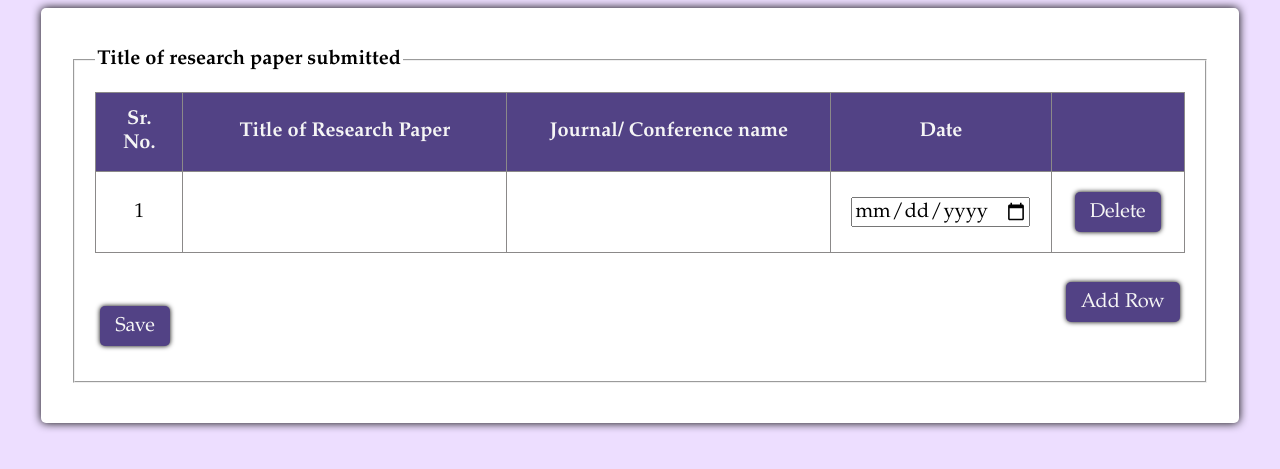
Repository: AdarshK062/BasicServlet
Page: http://localhost/Project1/add2.jsp
These files come from the project's save history. The page is drawn as it stood at one moment and after the next save; the edit follows.
The browser window is 1280 px wide. The pictures show the whole page.
The page is served by Tomcat 9. Other server files are loaded and not shown.

Above is the page before, as saved 2021-06-09 16:49:19.

### Project1/WebContent/add2.jsp
<%@ page language="java" contentType="text/html; charset=ISO-8859-1" pageEncoding="ISO-8859-1"%>
<!DOCTYPE html>
<html>
<head>
<meta charset="ISO-8859-1">
<title>Add Research papers</title>
<link rel="stylesheet" href="./downloadedStyles/css/style.css">
</head>
<body>
<%@ page import="BasicServlet.*" %>
<%
    HttpSession s= request.getSession(true);
    Employee emp=(Employee) s.getAttribute("emp");
    String start=(String) s.getAttribute("start");
    String end=(String) s.getAttribute("end");
    s.setAttribute("add",1);
%>

<script>
	function addRow(tableID) {
		var start=document.getElementById("start").value;
		var end=document.getElementById("end").value;

        var table = document.getElementById(tableID);
        var rowCount = table.rows.length;
        var row = table.insertRow(rowCount);

        var cell0 = row.insertCell(0);
        var cell1 = row.insertCell(1);
        var cell2 = row.insertCell(2);
        var cell3 = row.insertCell(3);
        var cell4 = row.insertCell(4);
        cell0.innerHTML = rowCount;

        var element1 = document.createElement("input");
        element1.type = "text";
        element1.setAttribute('value', '');
        element1.setAttribute('name', 'title'+rowCount);
        cell1.appendChild(element1);

        var element2 = document.createElement("input");
        element2.type = "text";
        element2.setAttribute('name', 'jour'+rowCount);
        cell2.appendChild(element2);

        var element3 = document.createElement("input");
        element3.type = "date";
        element3.setAttribute('value', '');
        element3.setAttribute('name', 'date'+rowCount);
        element3.setAttribute('min',start);
        element3.setAttribute('max',end);
        cell3.appendChild(element3);

        var element4 = document.createElement("input");
        element4.type = "button";
        element4.name = "button"+rowCount;
        element4.setAttribute('value', 'Delete');
        element4.onclick = function () { removeRow("button"+rowCount); }
        cell4.appendChild(element4);
    }
    function removeRow(btnName) {
        try {
            var table = document.getElementById('dataTable');
            var rowCount = table.rows.length;
            for(var i = 1; i < rowCount; i++){
                var row = table.rows[i];
                var rowObj = row.cells[4].childNodes[0];
                if (rowObj.name == btnName) {
                    table.deleteRow(i);
                    for(var j=i;j<rowCount-1;j++){
              			table.rows[j].cells[0].innerHTML=j;
              		}
                    break;
                }
            }
        }
        catch (e) {
            alert(e);
        }
    }
</script>


<div class="card" style="margin: auto; width:90%;height: auto; overflow:auto;">
    <fieldset style="height: 100%; overflow-y: auto;padding: 20px;">
        <legend>Title of research paper submitted</legend>
        <div style="margin-bottom: 10px;">
            <input type="hidden" value=<%=start %> id="start"/>
            <input type="hidden" value=<%=end %> id="end"/>
            <form action="home.jsp" method="post">
                <table class="tab" style="width:100%;">
                    <thead>
                        <tr>
                            <th width="8%">Sr. No.</th>
                            <th>Title of Research Paper</th>
                            <th>Journal/ Conference name</th>
                            <th>Date</th>
                            <th></th>
                        </tr>
                    </thead>
                    <tbody style="overflow-y: auto;max-height: 150px;" id="dataTable" >
                        <tr>
                        <td>1</td>
                        <td><input type="text" required value="" name="title1"></td>
                        <td><input type="text" required value="" name="jour1"></td>
                        <td><input type="date" required value="" min=<%=start %> max=<%=end %> name="date1"></td>
                        <td><input type="button" class="del" name="button1" value="Delete"
                                onclick="removeRow('button1')"></td>
                                </tr>
                    </tbody>
                </table>
                <br>
                <input type="button" id="add" value="Add Row" style="float:right;" onclick="addRow('dataTable')" />
                <br>
                <input type="hidden" value="add2" name="add2" />
                <input type="submit" value="Save" />
            </form>
        </div>
    </fieldset>
</div>

</body>
</html>

### Project1/WebContent/style.css
*{
	font-family: garamond,didot,perpetua,candara;
	font-size:20px;
}
body{
    background: #eddeff;
}
legend{
    font-weight: bold;
}
ul {
    list-style: none;
}

ul li::before {
    content: "\2022";
    color: red;
    font-weight: bold;
    display: inline-block;
    width: 1em;
    margin-left: -1em;
    font-size: 25px;
}

li button {
    background: none;
    color: inherit;
    border: none;
    padding: 0;
    cursor:pointer;
    outline: inherit;
    margin-bottom: 2%;
    text-align: left;
    margin-left: 0.5px;
}
li button:hover {
    background-color: #f5f5f5;
  }
#logout{
    position:absolute;
    top: 3%;
    right: 3%;
}
fieldset{
  height: 100%;
  overflow-y: auto;
  padding: 20px;
}
input[type=submit]{
    background-color: #524285;/*#555555*/
    border-radius: 5px;
    height:40px;
    border:none;
    color:whitesmoke;
    box-shadow: 0 0 5px 0 #000;
    padding-left: 15px;
    padding-right: 15px;
    margin: 5px;
}
input[type=button]:hover {
    font-weight: bold;
    background-color: white;
    color: black;
    border: 4px solid #524285;/*#555555*/;
    box-shadow: none;
}
input[type=submit]:hover {
    font-weight: bold;
    background-color: white;
    color: black;
    border: 4px solid #524285;/*#555555*/;
    box-shadow: none;
}
#logout input[type=submit]:hover {
    font-weight: bold;
    background-color: #eddeff;
    color: black;
    border: 4px solid #524285;/*#555555*/;
    box-shadow: none;
}
input[type=button]{
    background-color: #524285;/*#555555*/;
    border-radius: 5px;
    height:40px;
    border:none;
    color:whitesmoke;
    box-shadow: 0 0 5px 0 #000;
    padding-left: 15px;
    padding-right: 15px;
    margin: 5px;
}
input[type=text]{
    border:none;
    width:90%;
    height: 100%;
    margin:auto;
    outline: none;
}
input[type=text]:focus {
    border: none;
    outline: none;
}
.card {
    background-color: white;
    height: auto;
    padding: 40px 30px;
    box-shadow: 0 0 10px 0 #000;
    border-radius: 5px;
    margin: 15px 15px;
    overflow:auto;
}
.tab{
    border: 0.5px solid rgb(139, 137, 137);
    max-height: 250px;
    width: 100%;
    overflow-y: auto;
    overflow-x: hidden;
    border-radius: 10px;
}
.noData{
    border: 0.5px solid rgb(139, 137, 137);
    padding: 15px;
    display: none;
}
table, th, td {
    border: 0.5px solid rgb(139, 137, 137);
    border-collapse: collapse;
    align-items: center;
    text-align: center;
    /*height: 60px;/*150px*/
    padding: 15px;
}

table thead tr {
    height: 60px;/*150px*/
    background: #524285;/*#36304a*/
    color: whitesmoke;
}
tbody{
    overflow-y: auto;
    max-height: 150px;
}
tbody tr:nth-child(even) {
    background-color: #f5f5f5;
}
tbody tr:nth-child(even) input[type="text"]{
    background-color: #f5f5f5;
}
tbody tr:nth-child(even) input[type="date"]{
    background-color: #f5f5f5;
}
tr:nth-child(even) textarea{
    background-color: #f5f5f5;
}
.boxed {
    color: black;
    border: 1px solid black;
    margin: 0px auto;
    width: 15%;
    height: 100px;
    padding: 10px;
    border-radius: 5px;
    display: flex;
    justify-content: center;
    align-items: center;
    cursor: pointer;
}
textarea {
    width: 100%;
    height: 150px;
    padding: 12px 20px;
    box-sizing: border-box;
    border: none; /*2px solid #f8f8f8;*/
    border-radius: 4px;
    background-color: white;
    resize: none;
}
textarea:focus {
  border: none;
  outline: none;
}/*
.div-table-row input[type=submit]{
    background-color: #555555;
    border-radius: 5px;
    height:30px;
    border:none;
    color:whitesmoke;
    box-shadow: 0 0 5px 0 #000;
    padding-left: 15px;
    padding-right: 15px;
    margin: 10px;
}*/
.div-table {
    display: table;
    width: auto;
    margin: auto;
    max-height: 250px;
    width: 100%;
    overflow-y: auto;
    overflow-x: hidden;
    border-radius: 10px;
    border-collapse: collapse;
    align-items: center;
    text-align: center;
}
.div-table-row {
    display: table-row;
    width: auto;
    clear: both;
    border-collapse: collapse;
    align-items: center;
    text-align: center;
    width: 100%;
}
.div-table-col {
    text-align: center;
    height:50px;
    border: 0.5px solid rgb(139, 137, 137);
    float: left;
    display: table-column;
    border-collapse: collapse;
    align-items: center;
    vertical-align: middle;
    display: flex;
    justify-content: center;
    align-content: center;
    flex-direction: column;
}
.div-table-col1 {
    text-align: center;
    height:150px;
    border: 0.5px solid rgb(139, 137, 137);
    float: left;
    display: table-column;
    border-collapse: collapse;
    align-items: center;
    vertical-align: middle;
    display: flex;
    justify-content: center;
    align-content: center;
    flex-direction: column;
}
.div-table-col-head{
    height: 55px;
    border: 0.5px solid rgb(139, 137, 137);
    background: #524285;
    color: whitesmoke;
    border-collapse: collapse;
    align-items: center;
    text-align: center;
    float: left;
    display: table-column;
    vertical-align: middle;
    display: flex;
    justify-content: center;
    align-content: center;
    flex-direction: column;
}


.wrapper {
    overflow: hidden;
    max-width: 390px;
    width: 70%;
    min-width: 200px;
    height: auto;
    background: #fff;
    padding: 40px 30px;
    border-radius: 5px;
    box-shadow: 0 0 10px 0 #000;
    margin: auto;
    position: relative;
}

.wrapper .title-text {
    display: flex;
    width: 200%;
}

.wrapper .title {
    width: 50%;
    font-size: 35px;
    font-weight: 600;
    text-align: center;
    transition: all 0.6s cubic-bezier(0.68, -0.55, 0.265, 1.55);
}

.wrapper .slide-controls {
    position: relative;
    display: flex;
    height: 50px;
    width: 100%;
    overflow: hidden;
    margin: 30px 0 10px 0;
    justify-content: space-between;
    border: 1px solid lightgrey;
    border-radius: 5px;
}

.slide-controls .slide {
    height: 100%;
    width: 100%;
    color: #fff;
    font-size: 18px;
    font-weight: 500;
    text-align: center;
    line-height: 48px;
    cursor: pointer;
    z-index: 1;
    transition: all 0.6s ease;
}

.slide-controls label.director {
    color: #000;
}

.slide-controls .slider-tab {
    position: absolute;
    height: 100%;
    width: 50%;
    left: 0;
    z-index: 0;
    border-radius: 5px;
    background: #a764fa;
    transition: all 0.6s cubic-bezier(0.68, -0.55, 0.265, 1.55);
}

input[type="radio"] {
    display: none;
}

#director:checked~.slider-tab {
    left: 50%;
}

#director:checked~label.director {
    color: #fff;
    cursor: default;
    user-select: none;
}

#director:checked~label.user {
    color: #000;
}

#user:checked~label.director {
    color: #000;
}

#user:checked~label.user {
    cursor: default;
    user-select: none;
}

.wrapper .form-container {
    width: 100%;
    overflow: hidden;
}

.form-container .form-inner {
    display: flex;
    width: 200%;
}

.form-container .form-inner form {
    width: 50%;
    transition: all 0.6s cubic-bezier(0.68, -0.55, 0.265, 1.55);
}

.form-inner form .field {
    height: 50px;
    width: 100%;
    margin-top: 20px;
}

.form-inner form .field input {
    height: 100%;
    width: 100%;
    outline: none;
    padding-left: 15px;
    border-radius: 5px;
    border: 1px solid lightgrey;
    border-bottom-width: 2px;
    font-size: 17px;
    transition: all 0.3s ease;
}

.form-inner form .field input:focus {
    border-color: #a764fa;
}

.form-inner form .field input::placeholder {
    color: #999;
    transition: all 0.3s ease;
}

form .field input:focus::placeholder {
    color: #b3b3b3;
}

.form-inner form .pass-link {
    margin-top: 5px;
}

.form-inner form .director-link {
    text-align: center;
    margin-top: 30px;
}

form .btn {
    height: 50px;
    width: 100%;
    border-radius: 5px;
    position: relative;
    overflow: hidden;
}

form .btn .btn-layer {
    height: 100%;
    width: 300%;
    position: absolute;
    left: -100%;
    background: #a764fa;
    border-radius: 5px;
    transition: all 0.4s ease;
}

form .btn:hover .btn-layer {
    left: 0;
}

form .btn input[type="submit"] {
    height: 100%;
    width: 100%;
    z-index: 1;
    position: relative;
    background: none;
    border: none;
    color: #fff;
    padding-left: 0;
    border-radius: 5px;
    font-size: 20px;
    font-weight: 500;
    cursor: pointer;
}

#snackbar,#snackbar1,#snackbar2.show {
    visibility: hidden;
    min-width: 250px;
    float:right;
    background-color: rgb(75, 74, 74);
    color: #fff;
    text-align: center;
    border-radius: 2px;
    padding: 16px;
    position: fixed;
    z-index: 1;
    right:5%;
    bottom: 30px;
    font-size: 17px;
}

#snackbar.show,#snackbar1.show,#snackbar2.show {
    visibility: visible;
    -webkit-animation: fadein 0.5s, fadeout 0.5s 2.5s;
    animation: fadein 0.5s, fadeout 0.5s 2.5s;
}

@-webkit-keyframes fadein {
    from {bottom: 0; opacity: 0;}
    to {bottom: 30px; opacity: 1;}
}

@keyframes fadein {
    from {bottom: 0; opacity: 0;}
    to {bottom: 30px; opacity: 1;}
}

@-webkit-keyframes fadeout {
    from {bottom: 30px; opacity: 1;}
    to {bottom: 0; opacity: 0;}
}

@keyframes fadeout {
    from {bottom: 30px; opacity: 1;}
    to {bottom: 0; opacity: 0;}
}

After the next save:
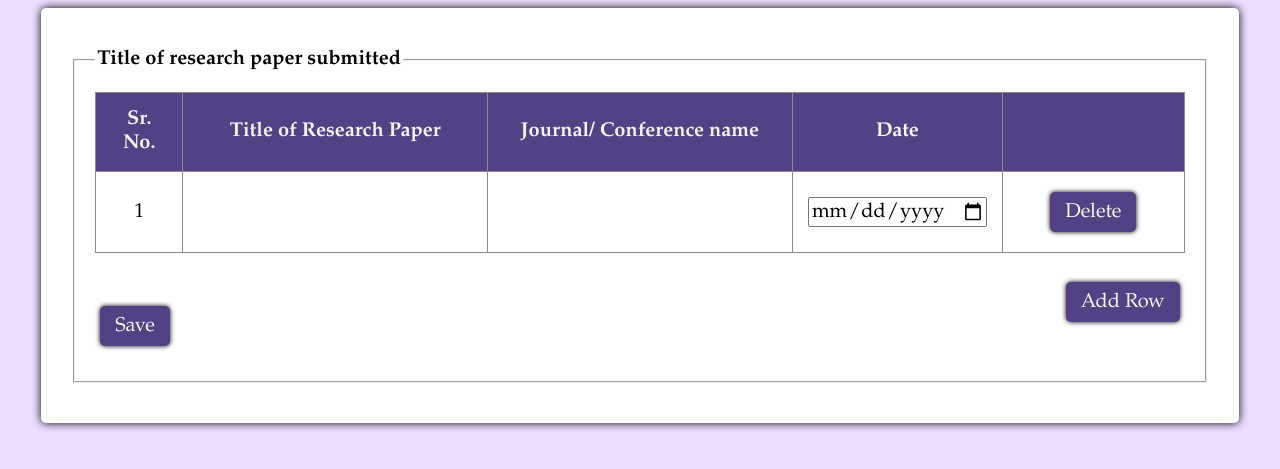
Saved 2 min 17 s later.
--- a/Project1/WebContent/add2.jsp
+++ b/Project1/WebContent/add2.jsp
@@ -2,12 +2,15 @@
 <!DOCTYPE html>
 <html>
 <head>
-<meta charset="ISO-8859-1">
-<title>Add Research papers</title>
-<link rel="stylesheet" href="./downloadedStyles/css/style.css">
+    <meta charset="ISO-8859-1">
+    <title>Add Research papers</title>
+    <link rel="stylesheet" href="./style.css">
 </head>
+
 <body>
+
 <%@ page import="BasicServlet.*" %>
+
 <%
     HttpSession s= request.getSession(true);
     Employee emp=(Employee) s.getAttribute("emp");
@@ -30,22 +33,25 @@
         var cell2 = row.insertCell(2);
         var cell3 = row.insertCell(3);
         var cell4 = row.insertCell(4);
-        cell0.innerHTML = rowCount;
+        cell0.innerHTML = rowCount+1;
 
         var element1 = document.createElement("input");
         element1.type = "text";
         element1.setAttribute('value', '');
+        element1.setAttribute('required', '');
         element1.setAttribute('name', 'title'+rowCount);
         cell1.appendChild(element1);
 
         var element2 = document.createElement("input");
         element2.type = "text";
+        element2.setAttribute('required', '');
         element2.setAttribute('name', 'jour'+rowCount);
         cell2.appendChild(element2);
 
         var element3 = document.createElement("input");
         element3.type = "date";
         element3.setAttribute('value', '');
+        element3.setAttribute('required', '');
         element3.setAttribute('name', 'date'+rowCount);
         element3.setAttribute('min',start);
         element3.setAttribute('max',end);
@@ -58,17 +64,18 @@
         element4.onclick = function () { removeRow("button"+rowCount); }
         cell4.appendChild(element4);
     }
+
     function removeRow(btnName) {
         try {
             var table = document.getElementById('dataTable');
             var rowCount = table.rows.length;
-            for(var i = 1; i < rowCount; i++){
+            for(var i = 0; i < rowCount; i++){
                 var row = table.rows[i];
                 var rowObj = row.cells[4].childNodes[0];
                 if (rowObj.name == btnName) {
                     table.deleteRow(i);
                     for(var j=i;j<rowCount-1;j++){
-              			table.rows[j].cells[0].innerHTML=j;
+              			table.rows[j].cells[0].innerHTML=j+1;
               		}
                     break;
                 }
@@ -78,11 +85,11 @@
             alert(e);
         }
     }
+
 </script>
 
-
-<div class="card" style="margin: auto; width:90%;height: auto; overflow:auto;">
-    <fieldset style="height: 100%; overflow-y: auto;padding: 20px;">
+<div class="card" style="margin: auto; width:90%;">
+    <fieldset>
         <legend>Title of research paper submitted</legend>
         <div style="margin-bottom: 10px;">
             <input type="hidden" value=<%=start %> id="start"/>
@@ -92,21 +99,21 @@
                     <thead>
                         <tr>
                             <th width="8%">Sr. No.</th>
-                            <th>Title of Research Paper</th>
-                            <th>Journal/ Conference name</th>
-                            <th>Date</th>
+                            <th width="28%">Title of Research Paper</th>
+                            <th width="28%">Journal/ Conference name</th>
+                            <th width="18%">Date</th>
                             <th></th>
                         </tr>
                     </thead>
-                    <tbody style="overflow-y: auto;max-height: 150px;" id="dataTable" >
+                    <tbody id="dataTable">
                         <tr>
-                        <td>1</td>
-                        <td><input type="text" required value="" name="title1"></td>
-                        <td><input type="text" required value="" name="jour1"></td>
-                        <td><input type="date" required value="" min=<%=start %> max=<%=end %> name="date1"></td>
-                        <td><input type="button" class="del" name="button1" value="Delete"
-                                onclick="removeRow('button1')"></td>
-                                </tr>
+                            <td>1</td>
+                            <td><input type="text" required value="" name="title1"></td>
+                            <td><input type="text" required value="" name="jour1"></td>
+                            <td><input type="date" required value="" min=<%=start %> max=<%=end %> name="date1"></td>
+                            <td><input type="button" class="del" name="button1" value="Delete"
+                                    onclick="removeRow('button1')"></td>
+                        </tr>
                     </tbody>
                 </table>
                 <br>
